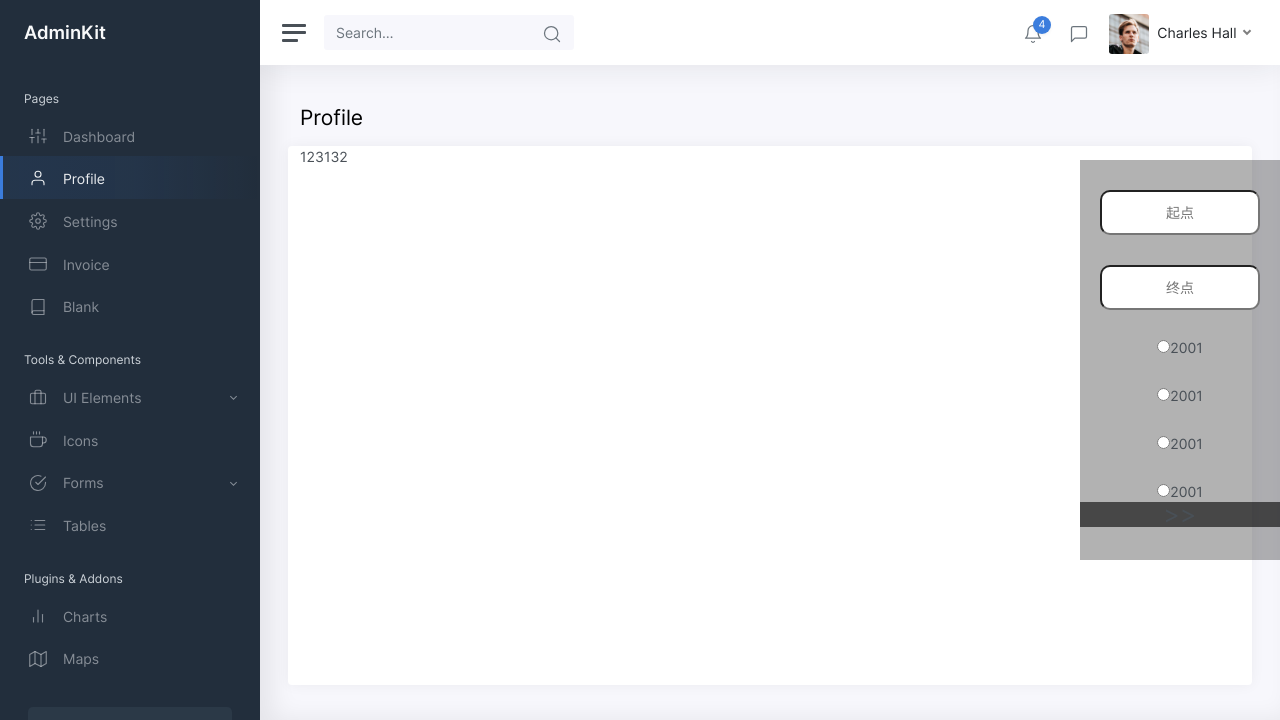
Repository: yuwei0922/WHURS-WGIS
Page: final_project/pages-profile.html
These files come from the project's save history. The page is drawn as it stood at one moment and after the next save; the edit follows.
The browser window is 1280 px wide. The pictures show the whole page.

Above is the page before, as saved 2022-12-21 21:21:36.
Not found: final_project/js/vendor.js

### final_project/pages-profile.html
<!DOCTYPE html>
<html lang="en">

<head>
	<meta charset="utf-8">
	<meta http-equiv="X-UA-Compatible" content="IE=edge">
	<meta name="viewport" content="width=device-width, initial-scale=1, shrink-to-fit=no">
	<meta name="description" content="Responsive Web UI Kit &amp; Dashboard Template based on Bootstrap">
	<meta name="author" content="AdminKit">
	<meta name="keywords" content="adminkit, bootstrap, web ui kit, dashboard template, admin template">
	<link rel="shortcut icon" href="img/icons/icon-48x48.png" />
	<title>Profile</title>
	<link href="css/app.css" rel="stylesheet">
	<link rel="stylesheet" href="css/content.css">
</head>

<body>
	<div class="wrapper" style="position: relative;">
		<nav id="sidebar" class="sidebar">
			<div class="sidebar-content js-simplebar">
				<a class="sidebar-brand" href="index.html">
          <span class="align-middle">AdminKit</span>
        </a>

				<ul class="sidebar-nav">
					<li class="sidebar-header">
						Pages
					</li>

					<li class="sidebar-item">
						<a class="sidebar-link" href="index.html">
              <i class="align-middle" data-feather="sliders"></i> <span class="align-middle">Dashboard</span>
            </a>
					</li>

					<li class="sidebar-item active">
						<a class="sidebar-link" href="pages-profile.html">
              <i class="align-middle" data-feather="user"></i> <span class="align-middle">Profile</span>
            </a>
					</li>

					<li class="sidebar-item">
						<a class="sidebar-link" href="pages-settings.html">
              <i class="align-middle" data-feather="settings"></i> <span class="align-middle">Settings</span>
            </a>
					</li>

					<li class="sidebar-item">
						<a class="sidebar-link" href="pages-invoice.html">
              <i class="align-middle" data-feather="credit-card"></i> <span class="align-middle">Invoice</span>
            </a>
					</li>

					<li class="sidebar-item">
						<a class="sidebar-link" href="pages-blank.html">
              <i class="align-middle" data-feather="book"></i> <span class="align-middle">Blank</span>
            </a>
					</li>

					<li class="sidebar-header">
						Tools & Components
					</li>
					<li class="sidebar-item">
						<a href="#ui" data-toggle="collapse" class="sidebar-link collapsed">
              <i class="align-middle" data-feather="briefcase"></i> <span class="align-middle">UI Elements</span>
            </a>
						<ul id="ui" class="sidebar-dropdown list-unstyled collapse " data-parent="#sidebar">
							<li class="sidebar-item"><a class="sidebar-link" href="ui-alerts.html">Alerts</a></li>
							<li class="sidebar-item"><a class="sidebar-link" href="ui-buttons.html">Buttons</a></li>
							<li class="sidebar-item"><a class="sidebar-link" href="ui-cards.html">Cards</a></li>
							<li class="sidebar-item"><a class="sidebar-link" href="ui-general.html">General</a></li>
							<li class="sidebar-item"><a class="sidebar-link" href="ui-grid.html">Grid</a></li>
							<li class="sidebar-item"><a class="sidebar-link" href="ui-modals.html">Modals</a></li>
							<li class="sidebar-item"><a class="sidebar-link" href="ui-typography.html">Typography</a></li>
						</ul>
					</li>

					<li class="sidebar-item">
						<a class="sidebar-link" href="icons-feather.html">
              <i class="align-middle" data-feather="coffee"></i> <span class="align-middle">Icons</span>
            </a>
					</li>

					<li class="sidebar-item">
						<a href="#forms" data-toggle="collapse" class="sidebar-link collapsed">
              <i class="align-middle" data-feather="check-circle"></i> <span class="align-middle">Forms</span>
            </a>
						<ul id="forms" class="sidebar-dropdown list-unstyled collapse " data-parent="#sidebar">
							<li class="sidebar-item"><a class="sidebar-link" href="forms-layouts.html">Form Layouts</a></li>
							<li class="sidebar-item"><a class="sidebar-link" href="forms-basic-inputs.html">Basic Inputs</a></li>
						</ul>
					</li>

					<li class="sidebar-item">
						<a class="sidebar-link" href="tables-bootstrap.html">
              <i class="align-middle" data-feather="list"></i> <span class="align-middle">Tables</span>
            </a>
					</li>

					<li class="sidebar-header">
						Plugins & Addons
					</li>

					<li class="sidebar-item">
						<a class="sidebar-link" href="charts-chartjs.html">
              <i class="align-middle" data-feather="bar-chart-2"></i> <span class="align-middle">Charts</span>
            </a>
					</li>

					<li class="sidebar-item">
						<a class="sidebar-link" href="maps-google.html">
              <i class="align-middle" data-feather="map"></i> <span class="align-middle">Maps</span>
            </a>
					</li>
				</ul>

				<div class="sidebar-cta">
					<div class="sidebar-cta-content">
						<strong class="d-inline-block mb-2">Upgrade to Pro</strong>
						<div class="mb-3 text-sm">
							Are you looking for more components?
						</div>
						<a href="#" target="_blank" class="btn btn-outline-primary btn-block">Upgrade</a>
					</div>
				</div>
			</div>
		</nav>
		<div class="main">
			<nav class="navbar navbar-expand navbar-light navbar-bg">
				<a class="sidebar-toggle d-flex">
          <i class="hamburger align-self-center"></i>
        </a>

				<form class="form-inline d-none d-sm-inline-block">
					<div class="input-group input-group-navbar">
						<input type="text" class="form-control" placeholder="Search…" aria-label="Search">
						<div class="input-group-append">
							<button class="btn" type="button">
                <i class="align-middle" data-feather="search"></i>
              </button>
						</div>
					</div>
				</form>

				<div class="navbar-collapse collapse">
					<ul class="navbar-nav navbar-align">
						<li class="nav-item dropdown">
							<a class="nav-icon dropdown-toggle" href="#" id="alertsDropdown" data-toggle="dropdown">
								<div class="position-relative">
									<i class="align-middle" data-feather="bell"></i>
									<span class="indicator">4</span>
								</div>
							</a>
							<div class="dropdown-menu dropdown-menu-lg dropdown-menu-right py-0" aria-labelledby="alertsDropdown">
								<div class="dropdown-menu-header">
									4 New Notifications
								</div>
								<div class="list-group">
									<a href="#" class="list-group-item">
										<div class="row no-gutters align-items-center">
											<div class="col-2">
												<i class="text-danger" data-feather="alert-circle"></i>
											</div>
											<div class="col-10">
												<div class="text-dark">Update completed</div>
												<div class="text-muted small mt-1">Restart server 12 to complete the update.</div>
												<div class="text-muted small mt-1">30m ago</div>
											</div>
										</div>
									</a>
									<a href="#" class="list-group-item">
										<div class="row no-gutters align-items-center">
											<div class="col-2">
												<i class="text-warning" data-feather="bell"></i>
											</div>
											<div class="col-10">
												<div class="text-dark">Lorem ipsum</div>
												<div class="text-muted small mt-1">Aliquam ex eros, imperdiet vulputate hendrerit et.</div>
												<div class="text-muted small mt-1">2h ago</div>
											</div>
										</div>
									</a>
									<a href="#" class="list-group-item">
										<div class="row no-gutters align-items-center">
											<div class="col-2">
												<i class="text-primary" data-feather="home"></i>
											</div>
											<div class="col-10">
												<div class="text-dark">Login from 192.186.1.8</div>
												<div class="text-muted small mt-1">5h ago</div>
											</div>
										</div>
									</a>
									<a href="#" class="list-group-item">
										<div class="row no-gutters align-items-center">
											<div class="col-2">
												<i class="text-success" data-feather="user-plus"></i>
											</div>
											<div class="col-10">
												<div class="text-dark">New connection</div>
												<div class="text-muted small mt-1">Christina accepted your request.</div>
												<div class="text-muted small mt-1">14h ago</div>
											</div>
										</div>
									</a>
								</div>
								<div class="dropdown-menu-footer">
									<a href="#" class="text-muted">Show all notifications</a>
								</div>
							</div>
						</li>
						<li class="nav-item dropdown">
							<a class="nav-icon dropdown-toggle" href="#" id="messagesDropdown" data-toggle="dropdown">
								<div class="position-relative">
									<i class="align-middle" data-feather="message-square"></i>
								</div>
							</a>
							<div class="dropdown-menu dropdown-menu-lg dropdown-menu-right py-0" aria-labelledby="messagesDropdown">
								<div class="dropdown-menu-header">
									<div class="position-relative">
										4 New Messages
									</div>
								</div>
								<div class="list-group">
									<a href="#" class="list-group-item">
										<div class="row no-gutters align-items-center">
											<div class="col-2">
												<img src="img/avatars/avatar-5.jpg" class="avatar img-fluid rounded-circle" alt="Vanessa Tucker">
											</div>
											<div class="col-10 pl-2">
												<div class="text-dark">Vanessa Tucker</div>
												<div class="text-muted small mt-1">Nam pretium turpis et arcu. Duis arcu tortor.</div>
												<div class="text-muted small mt-1">15m ago</div>
											</div>
										</div>
									</a>
									<a href="#" class="list-group-item">
										<div class="row no-gutters align-items-center">
											<div class="col-2">
												<img src="img/avatars/avatar-2.jpg" class="avatar img-fluid rounded-circle" alt="William Harris">
											</div>
											<div class="col-10 pl-2">
												<div class="text-dark">William Harris</div>
												<div class="text-muted small mt-1">Curabitur ligula sapien euismod vitae.</div>
												<div class="text-muted small mt-1">2h ago</div>
											</div>
										</div>
									</a>
									<a href="#" class="list-group-item">
										<div class="row no-gutters align-items-center">
											<div class="col-2">
												<img src="img/avatars/avatar-4.jpg" class="avatar img-fluid rounded-circle" alt="Christina Mason">
											</div>
											<div class="col-10 pl-2">
												<div class="text-dark">Christina Mason</div>
												<div class="text-muted small mt-1">Pellentesque auctor neque nec urna.</div>
												<div class="text-muted small mt-1">4h ago</div>
											</div>
										</div>
									</a>
									<a href="#" class="list-group-item">
										<div class="row no-gutters align-items-center">
											<div class="col-2">
												<img src="img/avatars/avatar-3.jpg" class="avatar img-fluid rounded-circle" alt="Sharon Lessman">
											</div>
											<div class="col-10 pl-2">
												<div class="text-dark">Sharon Lessman</div>
												<div class="text-muted small mt-1">Aenean tellus metus, bibendum sed, posuere ac, mattis non.</div>
												<div class="text-muted small mt-1">5h ago</div>
											</div>
										</div>
									</a>
								</div>
								<div class="dropdown-menu-footer">
									<a href="#" class="text-muted">Show all messages</a>
								</div>
							</div>
						</li>
						<li class="nav-item dropdown">
							<a class="nav-icon dropdown-toggle d-inline-block d-sm-none" href="#" data-toggle="dropdown">
                <i class="align-middle" data-feather="settings"></i>
              </a>

							<a class="nav-link dropdown-toggle d-none d-sm-inline-block" href="#" data-toggle="dropdown">
                <img src="img/avatars/avatar.jpg" class="avatar img-fluid rounded mr-1" alt="Charles Hall" /> <span class="text-dark">Charles Hall</span>
              </a>
							<div class="dropdown-menu dropdown-menu-right">
								<a class="dropdown-item" href="pages-profile.html"><i class="align-middle mr-1" data-feather="user"></i> Profile</a>
								<a class="dropdown-item" href="#"><i class="align-middle mr-1" data-feather="pie-chart"></i> Analytics</a>
								<div class="dropdown-divider"></div>
								<a class="dropdown-item" href="pages-settings.html"><i class="align-middle mr-1" data-feather="settings"></i> Settings & Privacy</a>
								<a class="dropdown-item" href="#"><i class="align-middle mr-1" data-feather="help-circle"></i> Help Center</a>
								<div class="dropdown-divider"></div>
								<a class="dropdown-item" href="#">Log out</a>
							</div>
						</li>
					</ul>
				</div>
			</nav>
			<main class="content">
				<div class="container-fluid p-0 map-background">
					<h1 class="h3 mb-3">Profile</h1>
					<div class="row map-background">
						<div class="card col-12 mapcontent">123132</div>
					</div>
				</div>
			</main>
		</div>
	<div class="select-contronller">
		<form action="">
		<input type="text" placeholder="起点" name="ori" class="input-right">
		<input type="text" placeholder="终点" name="des" class="input-right">
		<br>
		<input type="radio" name="year" id="year" value="2001" class="radiosel">2001
		<br>
		<input type="radio" name="year" id="year" value="2001" class="radiosel">2001
		<br>
		<input type="radio" name="year" id="year" value="2001" class="radiosel">2001
		<br>
		<input type="radio" name="year" id="year" value="2001" class="radiosel">2001
		</form>
		<div class="changedis" >>></div>
	</div>
	</div>
	<script src="js/vendor.js"></script>
	<script src="js/app.js"></script>
	<script>
		let changedis=document.querySelector(".changedis")
		changedis.addEventListener('mouseover',function(){this.style.cursor="pointer"},'click',function(e){

		})
	</script>
</body>

</html>

### final_project/css/content.css
.map-background{
    height:100%;
}

.mapcontent{
    height: 90%;
}

.select-contronller{
    position: absolute;
    height: 400px;
    top: 50%;
    right: 0;
    transform: translateY(-50%);
    background-color:rgba(0,0,0,0.3) ;
    text-align: center;
    width: 200px;
    display: inline-block;
}

.input-right{
    margin-top: 30px;
    width: 80%;
    text-align: center;
    border-radius:10px;
    height: 45px;
}



.radiosel{
    margin-top: 30px;
}

.changedis{
    position: absolute;
    line-height: 25px;
    font-size: 25px;
    width: 100%;
    margin: 0 auto;
    background-color:rgba(0,0,0,0.6) ;
}

Loaded but not shown: final_project/css/app.css (library); final_project/js/app.js (library)

After the next save:
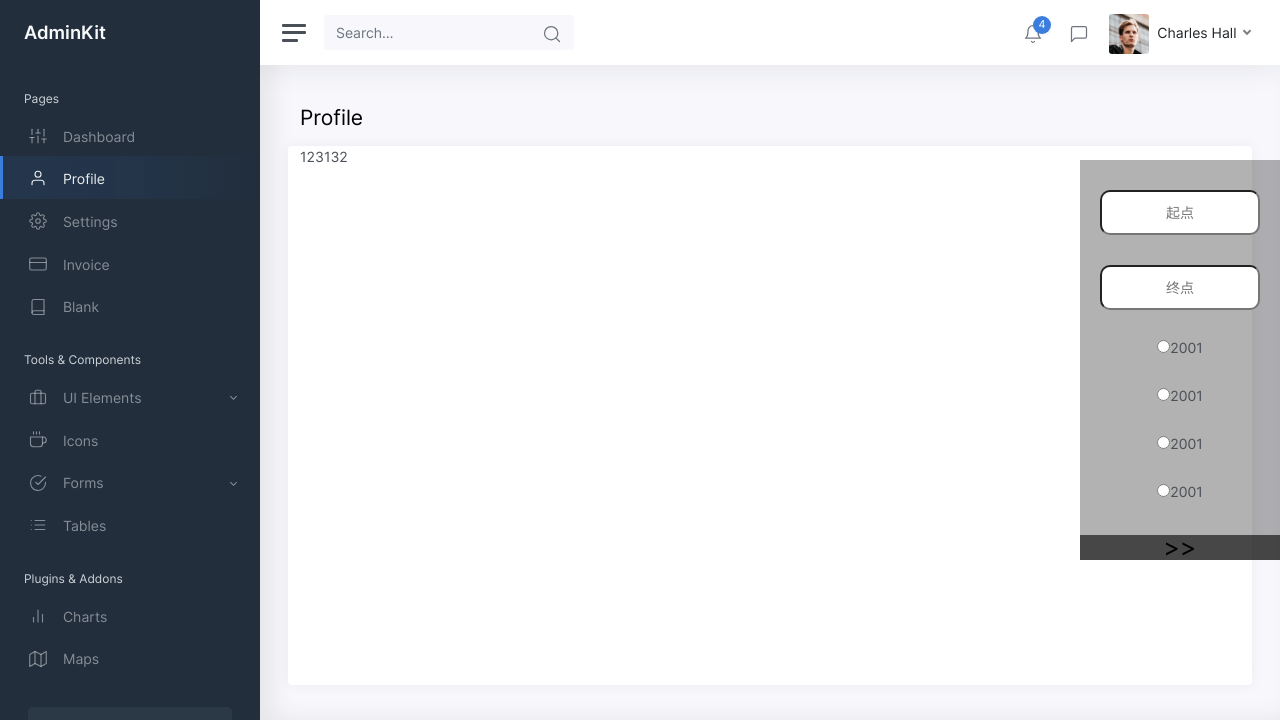
Saved 30 s later.
--- a/final_project/css/content.css
+++ b/final_project/css/content.css
@@ -37,6 +37,8 @@
     line-height: 25px;
     font-size: 25px;
     width: 100%;
+    bottom: 0;
     margin: 0 auto;
+    color: black;
     background-color:rgba(0,0,0,0.6) ;
 }
